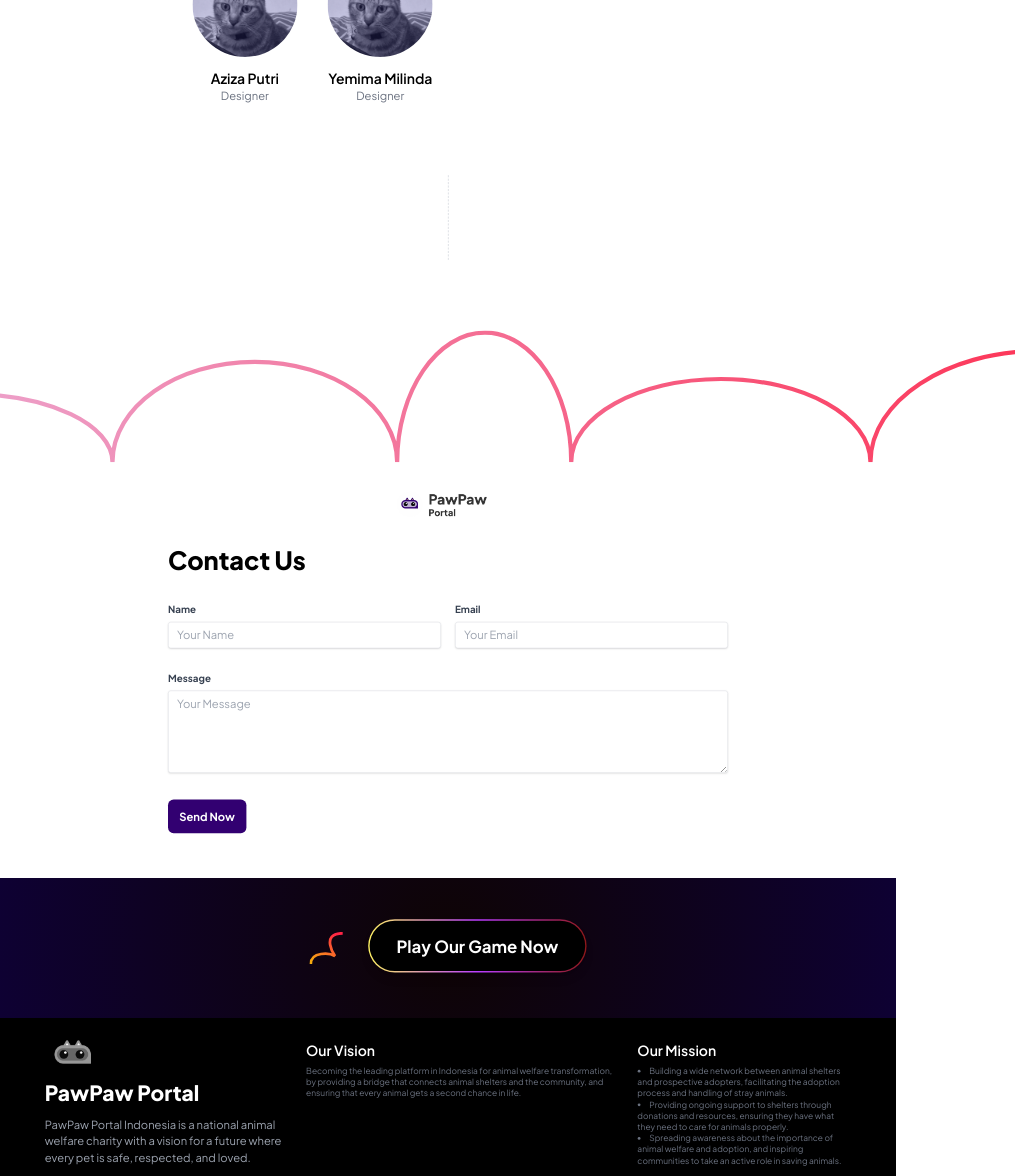
Repository: paskasiregar/pawpawwebsite
Page: /
An editor plug-in stored every save of this project. The page is shown before and after the next save, followed by the edit.
The browser window is 1280 px wide. The page is 1450 px wide, so the pictures cover 1450 px, including what lies to the right of the window. The pictures show the part of the page from y = 2126 to 3806 px (the page is 3992 px tall before and 4040 px after), at 70% of full size.
The project was rebuilt for these pictures with package versions that can differ from the ones it lists, and the page was loaded fresh each time. The framework's server and built-in components were replaced by stand-ins that run in the browser. Also part of the build but not shown: next.config.js, next.config.mjs.

Above is the page before, as saved 2024-09-06 11:35:14.

### src/app/layout.js
import { Inter } from "next/font/google";
import "./globals.css";

const inter = Inter({ subsets: ["latin"] });

export const metadata = {
  title: "PawPaw Portal | Your One-Stop Shelter",
  description: "Your One-Stop Shelter",
};

export default function RootLayout({ children }) {
  return (
    <html lang="en">
      <meta
        name="google-adsense-account"
        content="ca-pub-4770655134097556"
      ></meta>
      <body className={inter.className}>{children}</body>
    </html>
  );
}

### src/app/page.js
import { Contact } from "@/components/contact";
import { Divider } from "@/components/divider";
import { Footer } from "@/components/footer";
import { Header } from "@/components/header";
import CTA from "@/components/CTA";
import Hero from "@/components/hero";
import PrimaryButton from "@/components/primaryButton";
import SecButton from "@/components/secButton";
import Image from "next/image";
import bannerImage from "../assets/banner.png";
import logoHeaderImage from "../assets/banner-10.png";
import Link from "next/link";
import Head from "next/head";
import piupiu from "../assets/piupiu.png";
import paska from "../assets/paska.png";
import iqbal from "../assets/iqbal.png";

export default async function Home() {
  return (
    <div className="w-full font-plus-jakarta m-auto flex min-h-screen flex-col items-center justify-between">
      <Head>
        <script
          async
          src="https://pagead2.googlesyndication.com/pagead/js/adsbygoogle.js?client=ca-pub-4770655134097556"
          crossorigin="anonymous"
        ></script>
      </Head>
      <section className="w-full">
        <div className="centeredcontainer main-container">
          <Header />
        </div>
        <main className="main-container">
          <Hero />
          <Divider />
          <div className="self-stretch bg-white flex flex-col md:flex-row">
            <div className="flex-1 relative h-48 md:h-[489px] z-[0] flex items-center justify-center">
              <Image
                className="w-[80%] h-auto object-cover"
                alt="banner"
                src={bannerImage}
                width={200}
                height={200}
              />
            </div>

            {/* How it works */}
            <div
              id="how-it-works"
              className="flex-1 flex flex-col items-center md:items-start justify-center gap-4 z-[1] p-4 md:p-8"
            >
              <div className="space-y-4">
                <div className="flex justify-center md:justify-start">
                  <svg
                    width="130"
                    height="77"
                    viewBox="0 0 130 77"
                    fill="none"
                    xmlns="http://www.w3.org/2000/svg"
                  >
                    <path
                      d="M2.04016 48.038C39.1938 19.0059 75.4362 75.5193 75.4362 75.5193C58.6481 44.4597 70.5515 14.7701 105.05 54.8444C105.05 54.8444 88.8644 34.0647 127.885 2.52962"
                      stroke="url(#paint0_linear_545_35744)"
                      strokeWidth="4.42591"
                      strokeMiterlimit="10"
                      strokeLinejoin="bevel"
                    />
                    <defs>
                      <linearGradient
                        id="paint0_linear_545_35744"
                        x1="19.971"
                        y1="73.8863"
                        x2="126.116"
                        y2="-0.218346"
                        gradientUnits="userSpaceOnUse"
                      >
                        <stop offset="0.2868" stopColor="#E9404C" />
                        <stop offset="0.2967" stopColor="#EA475C" />
                        <stop offset="0.3252" stopColor="#EB5B85" />
                        <stop offset="0.3554" stopColor="#EB6CA8" />
                        <stop offset="0.3871" stopColor="#EC79C5" />
                        <stop offset="0.4209" stopColor="#EC84DB" />
                        <stop offset="0.4577" stopColor="#ED8BEB" />
                        <stop offset="0.4998" stopColor="#ED90F4" />
                        <stop offset="0.5589" stopColor="#ED91F7" />
                      </linearGradient>
                    </defs>
                  </svg>
                </div>
                <div className="hidden md:flex items-center justify-center">
                  <Image
                    className="w-36 h-10 object-cover"
                    alt="Logo"
                    src={logoHeaderImage}
                    width={120}
                    height={20}
                  />
                </div>
                <div className="flex flex-col items-center md:items-start">
                  <div className="relative font-extrabold text-2xl md:text-4xl text-center md:text-left">
                    How PawPaw Portal Works
                  </div>
                </div>
                <div className="self-stretch flex flex-col md:flex-row items-center md:items-start justify-start text-lg md:text-xl text-gray-500">
                  <div className="flex-1 flex flex-col items-center md:items-start justify-start">
                    <div className="self-stretch">
                      <p className="m-0 text-center md:text-left">
                        Every video you watch on our app can help animals in
                        need. Fun, isn&apos;t it?
                      </p>
                      <p className="m-2"></p>
                      <p className="m-0 text-center md:text-left">
                        Join us at PawPaw Portal, where animal lovers and
                        shelters meet. Let&apos;s make a difference together!
                      </p>
                    </div>
                  </div>
                </div>
                <div className="flex flex-col md:flex-row gap-2">
                  <PrimaryButton href="https://game.pawpawportal.com">
                    Play Now
                  </PrimaryButton>
                  <Link
                    href="#about-us"
                    className="flex flex-col md:flex-row gap-2"
                  >
                    <SecButton>About Us</SecButton>
                  </Link>
                </div>
              </div>
            </div>
          </div>

          {/* Team */}
          <Divider />
          <div className="self-stretch bg-white flex flex-col md:flex-row">
            <div
              id="team"
              className="flex-1 flex flex-col items-center md:items-center justify-center gap-4 z-[1] p-4 md:p-8"
            >
              <div className="space-y-4">
                <div className="flex flex-col items-center md:items-center mb-8">
                  <div className="relative font-extrabold text-2xl md:text-4xl text-center">
                    PawPaw Team
                  </div>
                  <div className="grid grid-cols-1 md:grid-cols-2 lg:grid-cols-4 gap-6 md:gap-8">
                    {/* Paska */}
                    <div className="flex flex-col items-center">
                      <Image
                        className="rounded-full"
                        alt="Paska"
                        src={paska}
                        width={150}
                        height={150}
                      />
                      <div className="text-xl font-semibold mt-4">Paska</div>
                      <div className="text-gray-500">Founder</div>
                    </div>

                    {/* Kak Yus */}
                    <div className="flex flex-col items-center">
                      <Image
                        className="rounded-full"
                        alt="Yus"
                        src={piupiu}
                        width={150}
                        height={150}
                      />
                      <div className="text-xl font-semibold mt-4">
                        Yus Marcelina
                      </div>
                      <div className="text-gray-500">Product Lead</div>
                    </div>

                    {/* Mas Iqbal */}
                    <div className="flex flex-col items-center">
                      <Image
                        className="rounded-full"
                        alt="Iqbal"
                        src={piupiu}
                        width={150}
                        height={150}
                      />
                      <div className="text-xl font-semibold mt-4">
                        Mochamad Iqbal
                      </div>
                      <div className="text-gray-500">Tech Lead</div>
                    </div>

                    {/* Julie */}
                    <div className="flex flex-col items-center">
                      <Image
                        className="rounded-full"
                        alt="Yeni Yuliati"
                        src={piupiu}
                        width={150}
                        height={150}
                      />
                      <div className="text-xl font-semibold mt-4">
                        Yeni Yuliati
                      </div>
                      <div className="text-gray-500">Founder's Office</div>
                    </div>

                    {/* Aziza */}
                    <div className="flex flex-col items-center">
                      <Image
                        className="rounded-full"
                        alt="Aziza Putri"
                        src={piupiu}
                        width={150}
                        height={150}
                      />
                      <div className="text-xl font-semibold mt-4">
                        Aziza Putri
                      </div>
                      <div className="text-gray-500">Designer</div>
                    </div>

                    {/* Yemima */}
                    <div className="flex flex-col items-center">
                      <Image
                        className="rounded-full"
                        alt="Yemima Milinda"
                        src={piupiu}
                        width={150}
                        height={150}
                      />
                      <div className="text-xl font-semibold mt-4">
                        Yemima Milinda
                      </div>
                      <div className="text-gray-500">Designer</div>
                    </div>
                  </div>
                </div>
              </div>
            </div>
          </div>

          <Divider />
          <Contact />
        </main>
        <div className="w-full">
          <div>
            <CTA />
          </div>
          <div id="about-us">
            <Footer />
          </div>
        </div>
      </section>
    </div>
  );
}

### src/app/globals.css
@import url("https://fonts.googleapis.com/css2?family=Plus+Jakarta+Sans:wght@400;600;700;800&display=swap");

@tailwind base;
@tailwind components;
@tailwind utilities;

body {
  font-family: "Plus Jakarta Sans", sans-serif;
}

p,
ul {
  color: gray;
  margin-bottom: 2px;
}

section {
  margin-bottom: 8px;
}

.hero-bg {
  display: flex;
  background: radial-gradient(circle,
      rgb(204, 188, 230) 10%,
      rgb(255, 255, 255) 50%);
}

.cta-container {
  display: flex;
  justify-content: center;
  align-items: center;
  position: relative;
  background: radial-gradient(circle, rgb(14, 4, 4) 0%, rgb(14, 1, 51) 100%);
  padding: 20px;
  gap: 20px;
  min-height: 200px;
}

.cta-button {
  display: inline-block;
  padding: 20px 40px;
  font-size: 24px;
  font-weight: bold;
  color: white;
  background: black;
  border-radius: 40px;
  position: relative;
  z-index: 1;
  overflow: hidden;
  transition: all 0.3s ease;
  text-align: center;
}

.cta-button::before {
  content: "";
  position: absolute;
  top: -2px;
  left: -2px;
  right: -2px;
  bottom: -2px;
  background: linear-gradient(90deg,
      rgb(255, 244, 97) 0%,
      rgb(187, 61, 255) 50%,
      rgb(142, 23, 23) 100%);
  z-index: -1;
  border-radius: inherit;
}

.cta-button::after {
  content: "";
  position: absolute;
  top: 2px;
  left: 2px;
  right: 2px;
  bottom: 2px;
  background: black;
  z-index: -1;
  border-radius: inherit;
}

.cta-button:hover {
  color: rgb(237, 246, 133);
  background: white;
}

.footer-bg {
  background: radial-gradient(circle, rgb(14, 4, 4) 0%, rgb(14, 1, 51) 100%);
  color: white;
  text-align: center;
  padding: 20px;
}

.centeredcontainer {
  width: 100vw;
  height: auto;
}

.main-container {
  width: 100%;
  max-width: 1200px;
  margin: 0 auto;
  padding: 0;
}

.header-content {
  display: flex;
  flex-direction: row;
  align-items: center;
  justify-content: space-between;
}

.header-logo-button {
  display: flex;
  flex-direction: row;
  align-items: center;
  gap: 16px;
  /* Adjust spacing as needed */
}

html {
  scroll-behavior: smooth;
}

### src/components/contact.jsx
import React from "react";
import PrimaryButton from "@/components/primaryButton";
import NameInput from "./nameInput";
import EmailInput from "./emailInput";
import MessageInput from "./mesageInput";
import Image from "next/image";
import logoHeaderImage from "../assets/banner-10.png";

export const Contact = () => {
  return (
    <div className="font-plus-jakarta flex flex-col items-center justify-center py-16 px-4 md:px-[200px] gap-[40px] text-29xl">
      <div className="flex justify-start items-start">
        <svg
          width="1620"
          height="188"
          viewBox="0 0 1620 188"
          fill="none"
          xmlns="http://www.w3.org/2000/svg"
        >
          <path
            d="M1891 188C1891 100.375 1784.67 29.342 1653.5 29.342C1522.34 29.342 1413.53 100.375 1413.53 188C1413.53 122.37 1317.84 69.158 1199.78 69.158C1081.72 69.158 986.029 122.362 986.029 188C986.029 85.8274 930.825 3 862.735 3C794.645 3 737.369 85.8274 737.369 188C737.369 108.853 646.33 44.6865 534.029 44.6865C421.728 44.6865 330.689 108.853 330.689 188C330.689 134.381 239.649 90.9105 127.349 90.9105C15.0481 90.9105 -76 134.381 -76 188"
            stroke="url(#paint0_linear_545_35799)"
            strokeWidth="6"
            strokeMiterlimit="10"
            strokeLinejoin="bevel"
          />
          <defs>
            <linearGradient
              id="paint0_linear_545_35799"
              x1="-84.5283"
              y1="91.1699"
              x2="1899.52"
              y2="91.1699"
              gradientUnits="userSpaceOnUse"
            >
              <stop offset="0.0224" stopColor="#EBADD7" />
              <stop offset="1" stopColor="#FF2445" />
            </linearGradient>
          </defs>
        </svg>
      </div>
      <Image
        className="w-36 h-10 object-cover"
        alt="Logo"
        src={logoHeaderImage}
        width={120}
        height={20}
      />
      <div className="text-4xl font-extrabold w-full">Contact Us</div>
      <form
        action="https://forms.office.com/Pages/ResponsePage.aspx?id=FYBQO9x7eUe5JQ3XgE-7JgfHRnXS951Jum6QCf1rDZlUOTFYM1gyVUNMUzAyRTlFRVlHNUo5UVVRSy4u"
        method="post"
        target="_blank"
        className="w-full"
      >
        <div className="w-full flex flex-col items-start gap-[16px] text-base text-light-l800 font-regular-reg-2">
          <div className="w-full flex flex-col md:flex-row gap-[20px]">
            <div className="w-full md:w-1/2">
              <label
                htmlFor="name"
                className="w-full block text-sm font-medium text-gray-700"
              ></label>
              <NameInput className="w-full" id="name" name="name" required />
            </div>
            <div className="w-full md:w-1/2">
              <label
                htmlFor="email"
                className="block text-sm font-medium text-gray-700"
              ></label>
              <EmailInput className="w-full" id="email" name="email" required />
            </div>
          </div>
          <div className="w-full">
            <label
              htmlFor="message"
              className="block text-sm font-medium text-gray-700"
            ></label>
            <MessageInput
              className="w-full"
              id="message"
              name="message"
              required
            />
          </div>
        </div>
        <div className="mt-4">
          <PrimaryButton type="submit">Send Now</PrimaryButton>
        </div>
      </form>
    </div>
  );
};

export default Contact;

### src/components/divider.jsx
export const Divider = () => {
  return (
    <div className="self-stretch h-[195px] flex flex-row items-center justify-center py-16 px-[130px] box-border">
      <div className="w-px relative box-border h-[121px] border-r-[1px] border-dashed border-gray-300" />
    </div>
  );
};

### src/components/header.jsx
import Link from "next/link";
import PrimaryButton from "@/components/primaryButton";
import React from "react";
import Image from "next/image";
import logoHeaderImage from "../assets/banner-10.png";

export const Header = () => {
  return (
    <div className="font-plus-jakarta w-full flex flex-col items-center justify-center text-left text-gray-500">
      <div className="self-stretch bg-white flex flex-col items-center justify-center text-sm">
        <div className="w-full header-content p-2.5 box-border">
          <Link href="/">
            {" "}
            {/* Homepage */}
            <Image
              className="w-36 h-10 object-cover"
              alt="Logo"
              src={logoHeaderImage}
              width={120}
              height={20}
            />
          </Link>
          <div className="hidden md:flex flex-row items-center justify-center gap-8">
            <div>
              <Link href="#how-it-works">How It Works</Link>
            </div>
            <div>
              <Link href="#about-us">About Us</Link>
            </div>
            <div>
              <Link href="/privacy">Privacy Policy</Link>
            </div>
          </div>
          <div className="header-logo-button">
            <PrimaryButton href="https://game.pawpawportal.com">
              Be Our Hero Today!
            </PrimaryButton>
          </div>
        </div>
      </div>
    </div>
  );
};

export default Header;

### src/components/CTA.jsx
import React from "react";
import Link from "next/link";

const CTA = () => {
  return (
    <div className="cta-container font-plus-jakarta p-4 md:p-8 flex flex-col md:flex-row items-center justify-center">
      <svg
        className="cta-decoration mb-4 md:mb-0 md:mr-4"
        width="48"
        height="46"
        viewBox="0 0 48 46"
        fill="none"
        xmlns="http://www.w3.org/2000/svg"
      >
        <path
          d="M2 46C2 27.296 29.551 30.0086 36.5736 34.5625C36.5736 34.5625 14.4611 2 47.5714 2"
          stroke="url(#cta_gradient)"
          strokeWidth="3.92857"
          strokeMiterlimit="10"
          strokeLinejoin="bevel"
        />
        <defs>
          <linearGradient
            id="cta_gradient"
            x1="37.3571"
            y1="2"
            x2="7.5"
            y2="46"
            gradientUnits="userSpaceOnUse"
          >
            <stop stopColor="#FF2445" />
            <stop offset="1" stopColor="#F5AB0E" />
          </linearGradient>
        </defs>
      </svg>
      <Link href="https://game.pawpawportal.com">
        <div className="cta-button text-center bg-gradient-to-r from-orange-500 to-pink-500 text-white font-bold py-2 px-4 rounded-lg shadow-lg cursor-pointer">
          Play Our Game Now
        </div>
      </Link>
    </div>
  );
};

export default CTA;

### src/components/primaryButton.jsx
import React from "react";

const PrimaryButton = ({ children, onClick }) => {
  return (
    <button
      className="self-stretch bg-inherit-320071 hover:bg-blue-700 text-white font-bold px-4 py-3 rounded-lg"
      onClick={onClick}
    >
      {children}
    </button>
  );
};

export default PrimaryButton;

### src/components/secButton.jsx
import React from "react";

const SecButton = ({ children, onClick }) => {
  return (
    <button
      className="bg-white border border-inherit-320071 text-inherit-320071 font-bold py-2 px-4 rounded-lg"
      onClick={onClick}
    >
      {children}
    </button>
  );
};

export default SecButton;

### src/components/nameInput.jsx
import React from "react";

const NameInput = ({ value, onChange }) => {
  return (
    <div className="mb-4">
      <label
        className="block text-gray-700 text-sm font-bold mb-2"
        htmlFor="name"
      >
        Name
      </label>
      <input
        id="name"
        type="text"
        value={value}
        onChange={onChange}
        className="shadow appearance-none border rounded w-full py-2 px-3 text-gray-700 leading-tight focus:outline-none focus:shadow-outline"
        placeholder="Your Name"
      />
    </div>
  );
};

export default NameInput;

### src/components/emailInput.jsx
import React from "react";

const EmailInput = ({ value, onChange }) => {
  return (
    <div className="mb-4">
      <label
        className="block text-gray-700 text-sm font-bold mb-2"
        htmlFor="email"
      >
        Email
      </label>
      <input
        id="email"
        type="email"
        value={value}
        onChange={onChange}
        className="shadow appearance-none border rounded w-full py-2 px-3 text-gray-700 leading-tight focus:outline-none focus:shadow-outline"
        placeholder="Your Email"
      />
    </div>
  );
};

export default EmailInput;

### src/components/mesageInput.jsx
import React from "react";

const MessageInput = ({ value, onChange }) => {
  return (
    <div className="mb-4">
      <label
        className="block text-gray-700 text-sm font-bold mb-2"
        htmlFor="message"
      >
        Message
      </label>
      <textarea
        id="message"
        value={value}
        onChange={onChange}
        className="shadow appearance-none border rounded w-full py-2 px-3 text-gray-700 leading-tight focus:outline-none focus:shadow-outline"
        placeholder="Your Message"
        rows="5"
      />
    </div>
  );
};

export default MessageInput;

Loaded but not shown: tailwind.config.js (24 lines, source omitted); src/components/hero.jsx (211 lines, source omitted); src/components/footer.jsx (175 lines, source omitted)

After the next save:
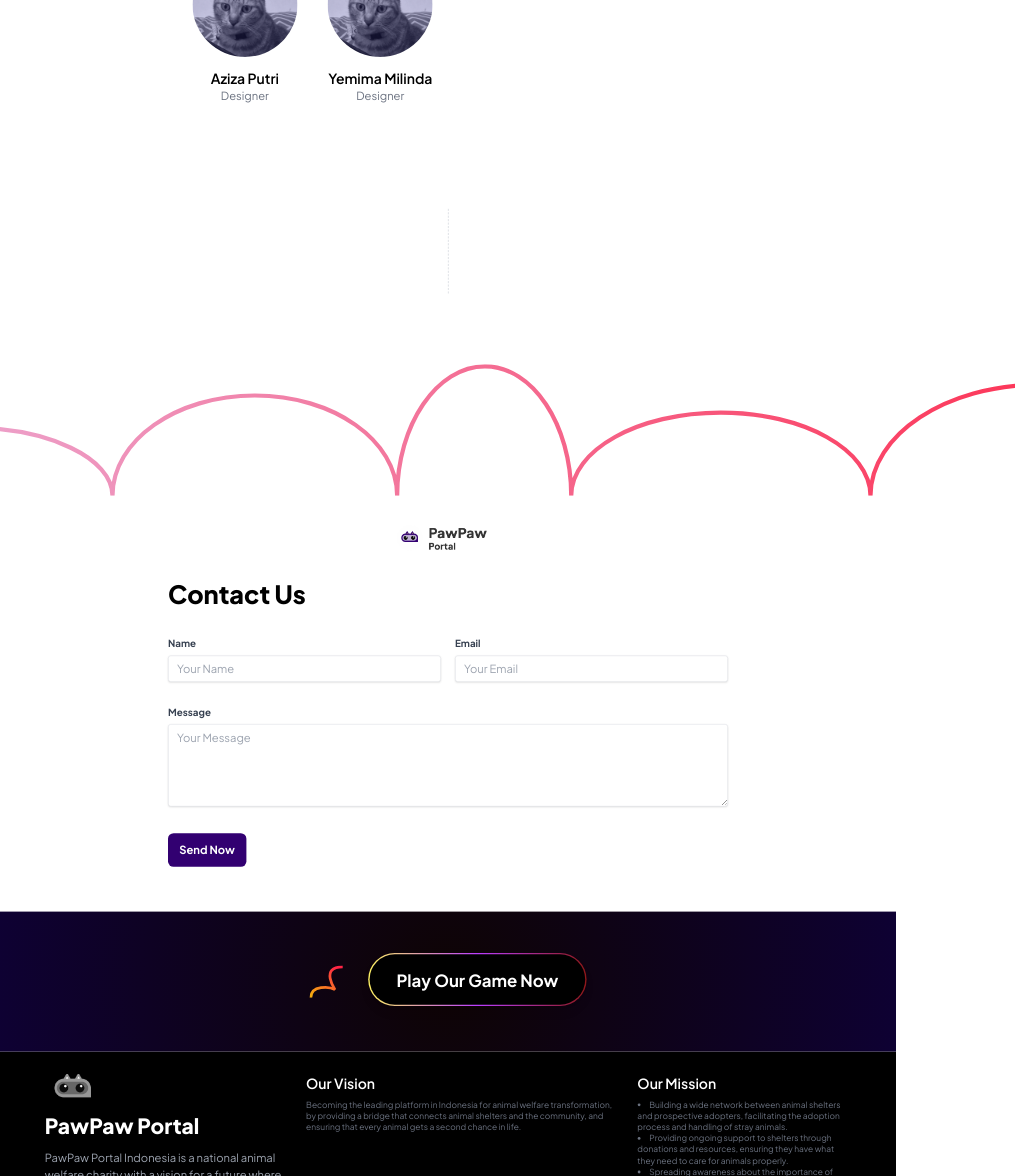
Saved 7 s later.
--- a/src/app/page.js
+++ b/src/app/page.js
@@ -138,7 +138,7 @@ export default async function Home() {
               className="flex-1 flex flex-col items-center md:items-center justify-center gap-4 z-[1] p-4 md:p-8"
             >
               <div className="space-y-4">
-                <div className="flex flex-col items-center md:items-center mb-8">
+                <div className="flex flex-col items-center md:items-center mb-20">
                   <div className="relative font-extrabold text-2xl md:text-4xl text-center">
                     PawPaw Team
                   </div>
